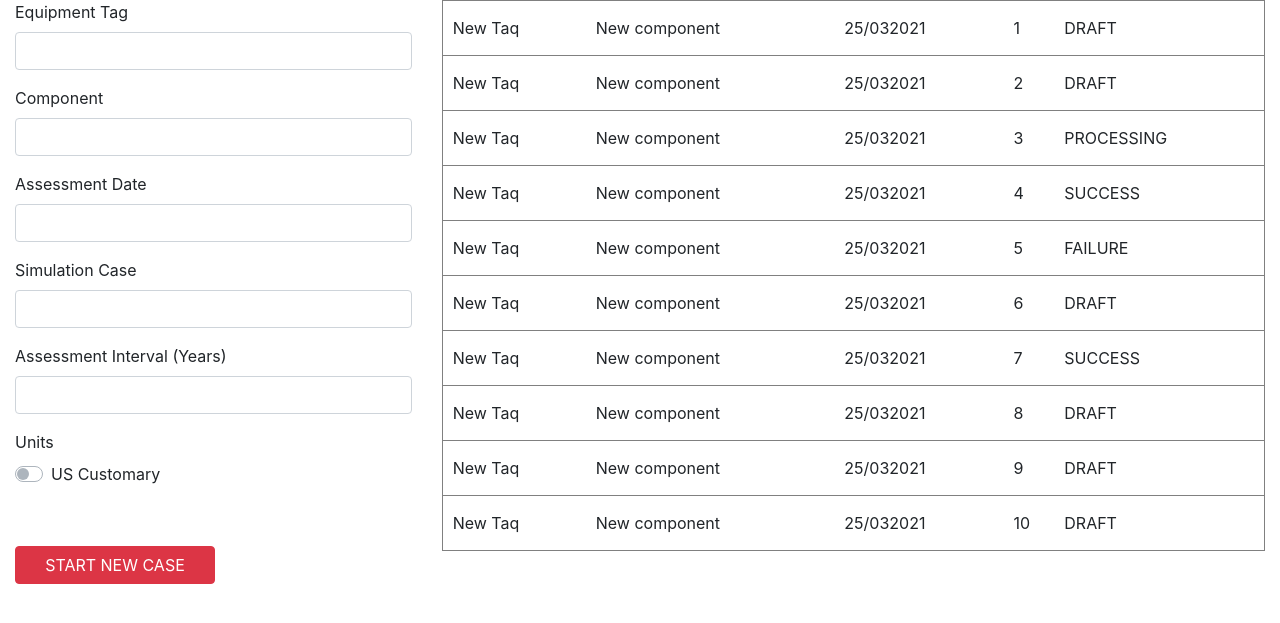
Repository: arif286/dashboard
Page: /
These files come from the project's save history. The page is drawn as it stood at one moment and after the next save; the edit follows.
The browser window is 1280 px wide. The pictures show the whole page.
The project was rebuilt for these pictures with package versions that can differ from the ones it lists, and the page was loaded fresh each time. The framework's server and built-in components were replaced by stand-ins that run in the browser. Also part of the build but not shown: nuxt.config.js, components/Nav.vue.

Above is the page before, as saved 2021-06-18 18:52:40.

### components/Form.vue
<template>
  <div>
    <form class="Assessment-input" action="">
      <div class="mb-3">
        <label for="Input1" class="form-label">Equipment Tag</label>
        <input id="Input1" type="text" class="form-control">
      </div>
      <div class="mb-3">
        <label for="Input2" class="form-label">Component</label>
        <input id="Input2" type="text" class="form-control">
      </div>
      <div class="mb-3">
        <label for="Input3" class="form-label">Assessment Date</label>
        <input id="Input3" type="text" class="form-control">
      </div>
      <div class="mb-3">
        <label for="Input4" class="form-label">Simulation Case</label>
        <input id="Input4" type="text" class="form-control">
      </div>
      <div class="mb-3">
        <label for="Input5" class="form-label">Assessment Interval (Years)</label>
        <input id="Input5" type="text" class="form-control">
      </div>
      <div>
        <label for="Input5" class="form-label">Units</label>
        <b-form-checkbox v-model="checked" name="check-button" switch>
          US Customary
        </b-form-checkbox>
      </div>
      <b-button class="submit-button" type="submit" variant="danger">
        START NEW CASE
      </b-button>
    </form>
  </div>
</template>
<script>
export default {
  data () {
    return {
      form: {
        email: '',
        name: '',
        food: null,
        checked: []
      },
      foods: [
        { text: 'Select One', value: null },
        'Carrots',
        'Beans',
        'Tomatoes',
        'Corn'
      ],
      show: true,
      checked: false
    }
  },
  methods: {
    onSubmit (event) {
      event.preventDefault()
      alert(JSON.stringify(this.form))
    }
  }
}
</script>
<style>
.submit-button {
  width: 200px;
  margin-top: 60px;
}
.Assessment-input input:focus {
  border-color: red;
  box-shadow: none;
}
</style>

### components/Table.vue
<template>
  <table class="w-100 table-border">
    <!-- <thead>
        <tr>
          <th className="text-secondary" scope="col">
            Name
          </th>
          <th className="text-secondary" scope="col">
            Email Id
          </th>
          <th className="text-secondary" scope="col">
            Service
          </th>
          <th className="text-secondary" scope="col">
            pay with
          </th>
          <th className="text-secondary" scope="col">
            status
          </th>
        </tr>
      </thead> -->
    <tbody>
      <tr v-for="item in data" :key="item.id">
        <td>{{ item.equipmentTag }}</td>
        <td>{{ item.component }}</td>
        <td>{{ item.assessmentDate }}</td>
        <td>{{ item.case }}</td>
        <td>{{ item.status }}</td>
      </tr>
    </tbody>
  </table>
</template>

<script>
export default {
  props: {
    data: {
      type: Array,
      required: true
    }
  }
}
</script>
<style scoped>

.table-border tr{
 border: 1px solid gray;
}
.table-border td{
  padding-top: 15px;
  padding-bottom: 15px;
  padding-left: 10px;
}
</style>

### pages/index.vue
<template>
  <div class="container">
    <div class="row">
      <div class="col-4">
        <Form />
      </div>
      <div class="col-8">
        <Table :data="dashboardData" />
      </div>
    </div>
  </div>
</template>

<script>
import { dashboardData } from '@/assets/dashboard.js'
// eslint-disable-next-line semi
export default {
  data () {
    return { dashboardData }
  }
}
</script>

<style>
.container {
  max-width: 1760px;
}
</style>

### assets/dashboard.js
export const dashboardData = [
  {
    id: 1,
    equipmentTag: 'New Taq',
    component: 'New component',
    assessmentDate: '25/032021',
    case: 1,
    status: 'DRAFT'
  },
  {
    id: 2,
    equipmentTag: 'New Taq',
    component: 'New component',
    assessmentDate: '25/032021',
    case: 2,
    status: 'DRAFT'
  },
  {
    id: 3,
    equipmentTag: 'New Taq',
    component: 'New component',
    assessmentDate: '25/032021',
    case: 3,
    status: 'PROCESSING'
  },
  {
    id: 4,
    equipmentTag: 'New Taq',
    component: 'New component',
    assessmentDate: '25/032021',
    case: 4,
    status: 'SUCCESS'
  },
  {
    id: 5,
    equipmentTag: 'New Taq',
    component: 'New component',
    assessmentDate: '25/032021',
    case: 5,
    status: 'FAILURE'
  },
  {
    id: 6,
    equipmentTag: 'New Taq',
    component: 'New component',
    assessmentDate: '25/032021',
    case: 6,
    status: 'DRAFT'
  },
  {
    id: 7,
    equipmentTag: 'New Taq',
    component: 'New component',
    assessmentDate: '25/032021',
    case: 7,
    status: 'SUCCESS'
  },
  {
    id: 8,
    equipmentTag: 'New Taq',
    component: 'New component',
    assessmentDate: '25/032021',
    case: 8,
    status: 'DRAFT'
  },
  {
    id: 9,
    equipmentTag: 'New Taq',
    component: 'New component',
    assessmentDate: '25/032021',
    case: 9,
    status: 'DRAFT'
  },
  {
    id: 10,
    equipmentTag: 'New Taq',
    component: 'New component',
    assessmentDate: '25/032021',
    case: 10,
    status: 'DRAFT'
  }
]

Loaded but not shown: layouts/default.vue (common file)

After the next save:
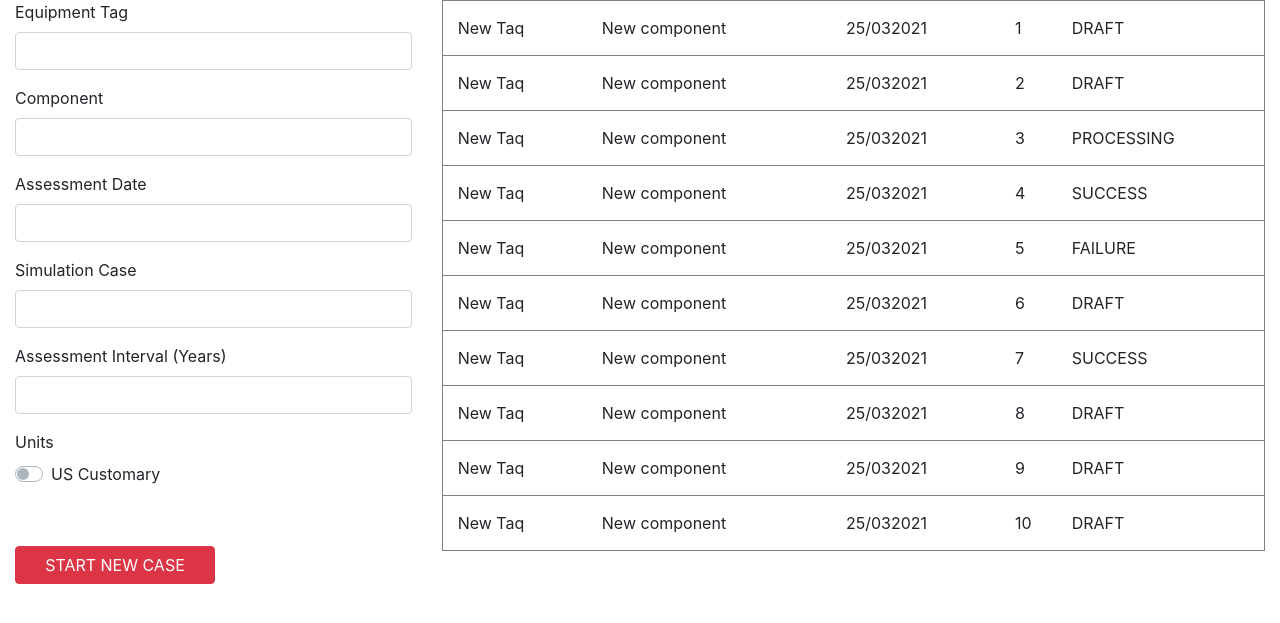
Saved 5 s later.
--- a/components/Table.vue
+++ b/components/Table.vue
@@ -49,6 +49,6 @@ export default {
 .table-border td{
   padding-top: 15px;
   padding-bottom: 15px;
-  padding-left: 10px;
+  padding-left: 15px;
 }
 </style>
